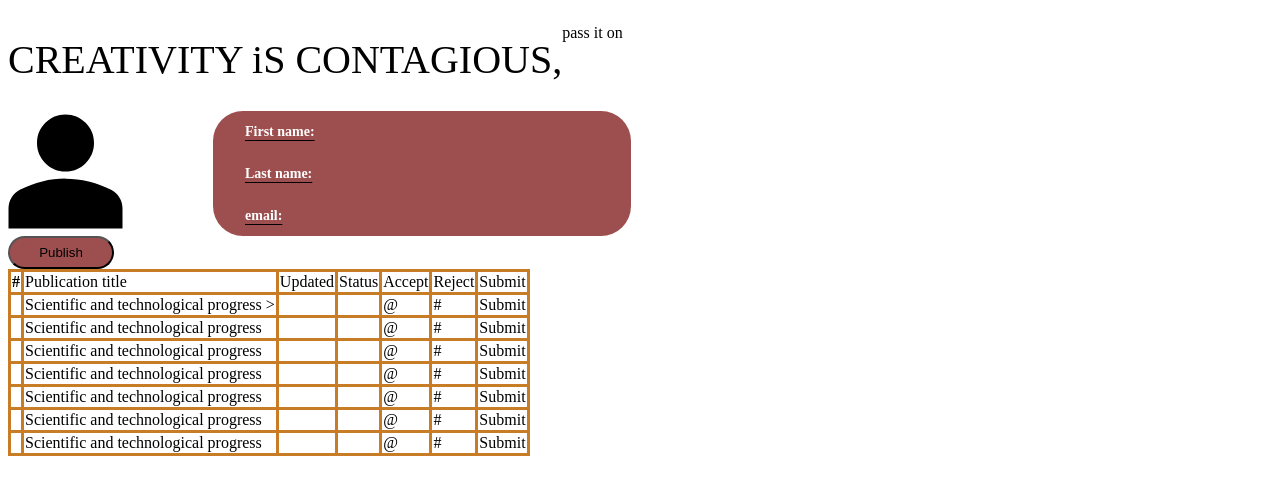
Repository: ceo-of-albeni/articles
Page: /
An editor plug-in stored every save of this project. The page is shown before and after a run of saves, followed by the edit.
The browser window is 1280 px wide. The pictures show the whole page.
The project was rebuilt for these pictures with package versions that can differ from the ones it lists, and the page was loaded fresh each time.

Above is the page before, as saved 2023-05-10 23:43:56.

After the next 6 saves:
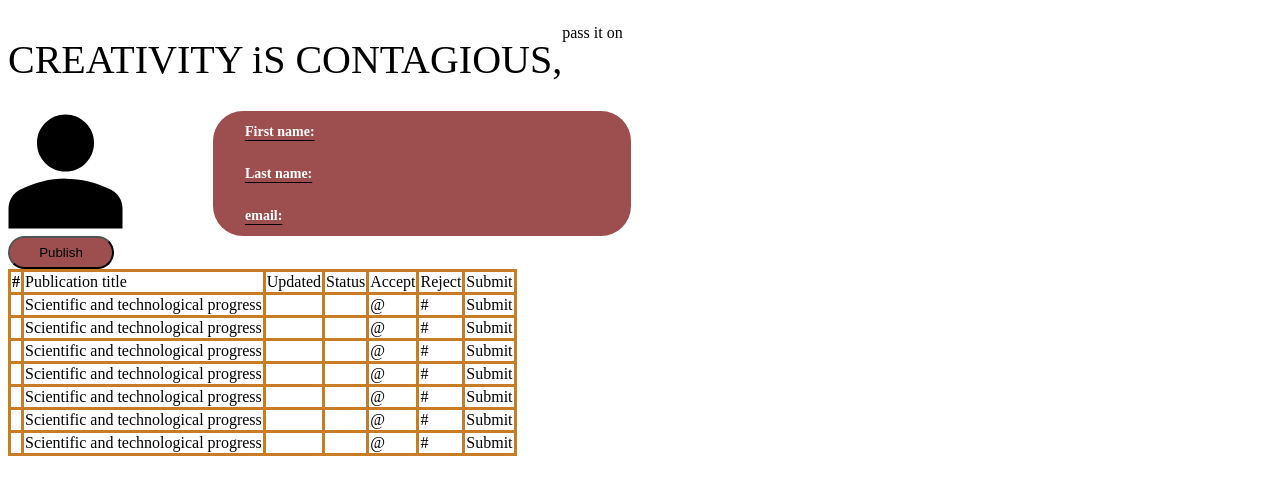
The 6 saves are shown as one change because they came seconds apart.
The last was saved 15 s later.
--- a/src/reviewer's profil/reveiwer.jsx
+++ b/src/reviewer's profil/reveiwer.jsx
@@ -37,7 +37,7 @@
                         </tr>
                         <tr>
                             <td></td>
-                            <td>Scientific and technological progress > </td>
+                            <td>Scientific and technological progress </td>
                             <td></td>
                             <td></td>
                             <td>@</td>

After the save that followed:
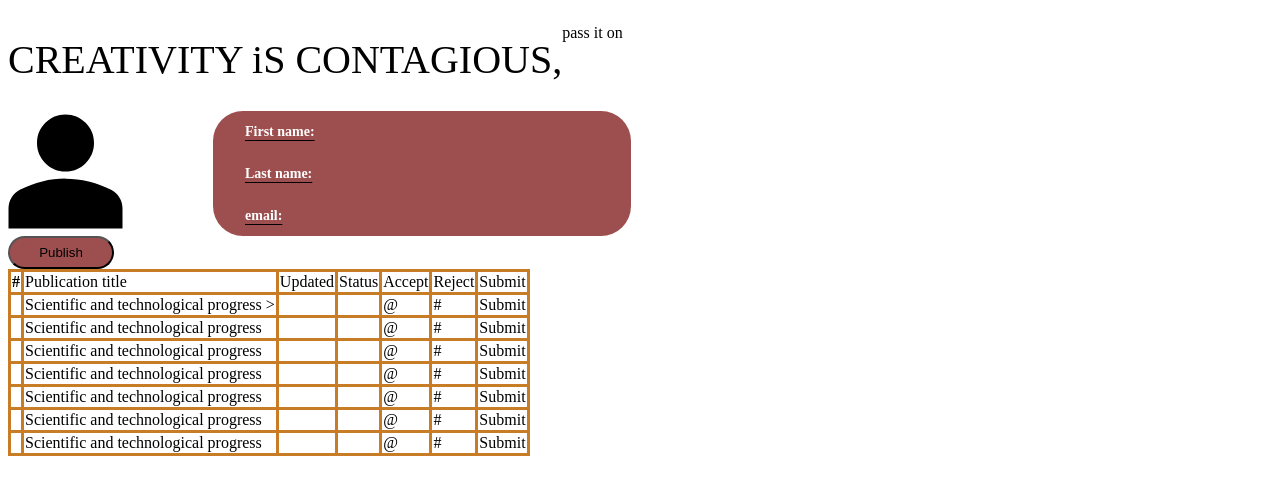
Saved 78 s later.
--- a/src/reviewer's profil/reveiwer.jsx
+++ b/src/reviewer's profil/reveiwer.jsx
@@ -37,7 +37,7 @@
                         </tr>
                         <tr>
                             <td></td>
-                            <td>Scientific and technological progress </td>
+                            <td>Scientific and technological progress &gt; </td>
                             <td></td>
                             <td></td>
                             <td>@</td>
